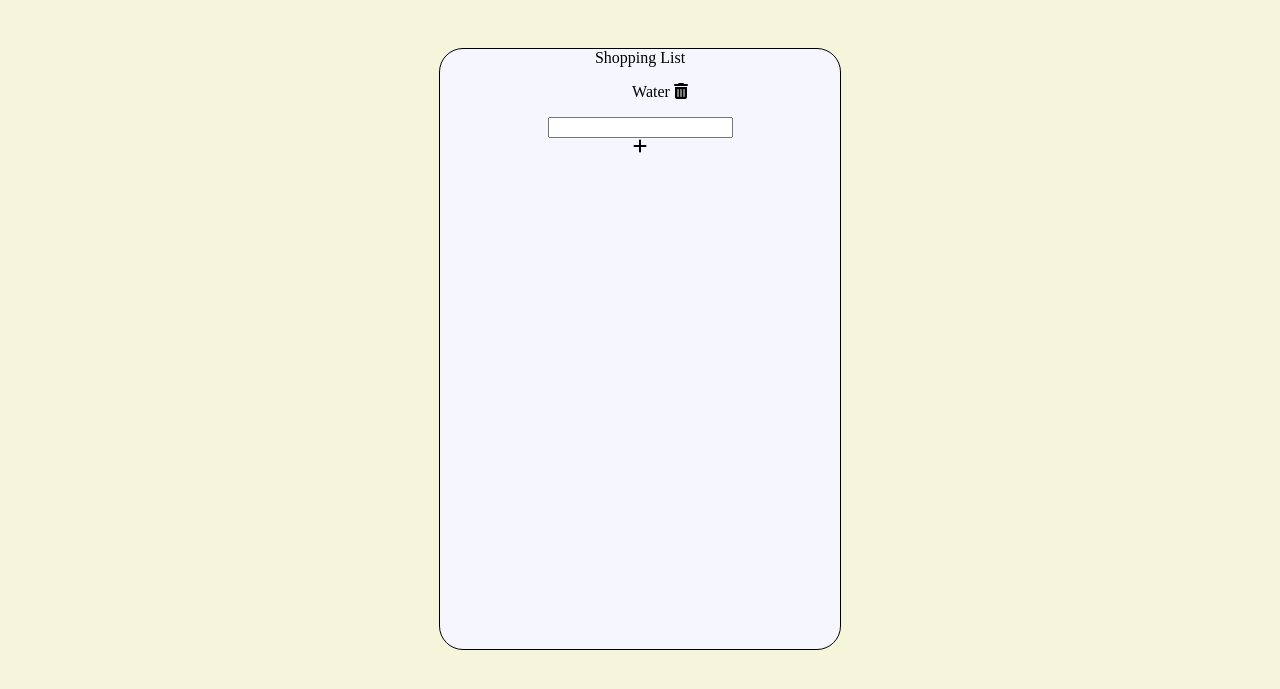
Repository: keehoonjung/Shopping-list
Page: index.html
The author's editor kept a copy of each file at every save. The page is drawn from the files as they stood at one save, then again after the next save.
The browser window is 1280 px wide. The pictures show the whole page.
Some web libraries are served in a nearby version.

Above is the page before, as saved 2021-08-07 17:22:44.

### index.html
<!DOCTYPE html>
<html lang="en">
<head>
    <meta charset="UTF-8">
    <meta http-equiv="X-UA-Compatible" content="IE=edge">
    <meta name="viewport" content="width=device-width, initial-scale=1.0">
    <title>Shopping-list</title>
    <script src="main.js" defer></script>
    <link rel="stylesheet" href="style.css">
    <script src="https://kit.fontawesome.com/a7a8d59961.js" crossorigin="anonymous"></script>
</head>
<body>
    <div class="container">
        <div class="header">
            Shopping List
        </div>
        <section class="main">
            <ul>
                <li>
                    <span> Water </span>
                    <i class="fas fa-trash-alt"></i>
                </li>
            </ul>
        </section>
        <input type="text" class="input_text">
        <div class="footer">
            <i class="fas fa-plus"></i>
        </div>
    </div>
</body>
</html>

### style.css
body {
  background-color: beige;
  text-align: center;
}

li {
  list-style: none;
}

.container {
  margin: auto;
  background-color: rgb(246, 246, 255);
  height: 600px;
  width: 400px;
  border: 1px solid;
  border-radius: 24px;
  transform: translateY(40px);
}

Loaded but not shown: main.js (no stored copy; drawn as an empty file)

After the next save:
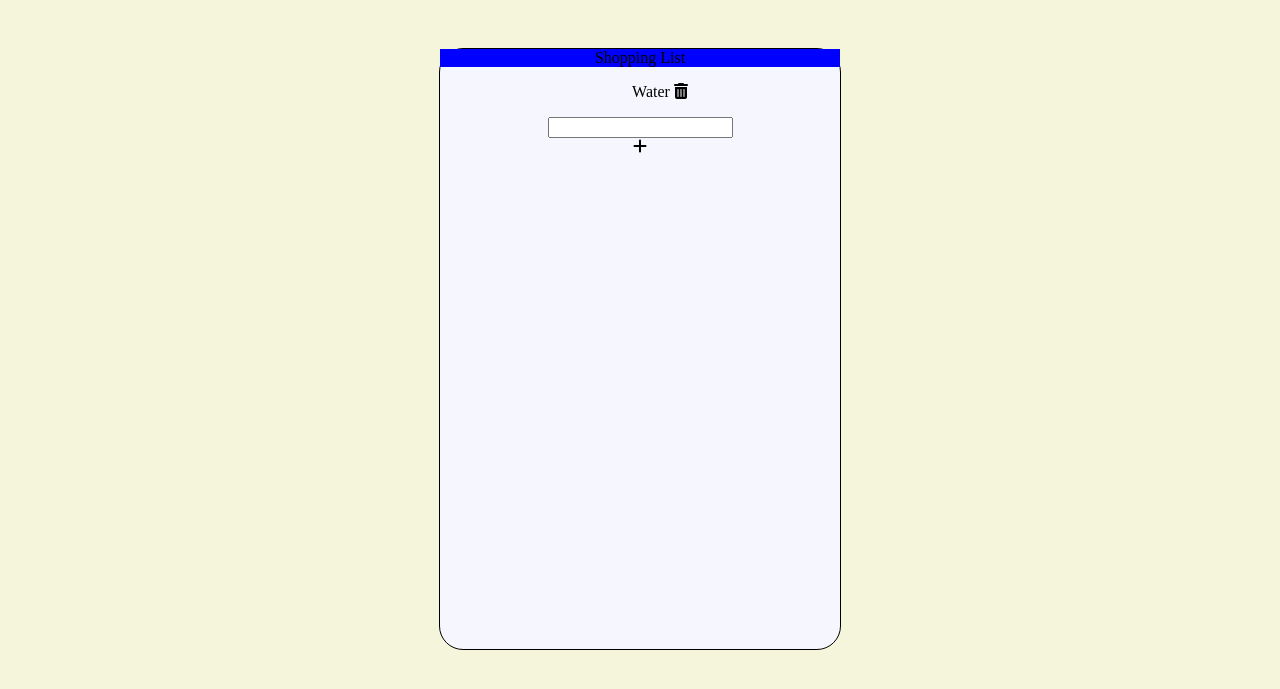
Saved 27 s later.
--- a/style.css
+++ b/style.css
@@ -16,3 +16,7 @@
   border-radius: 24px;
   transform: translateY(40px);
 }
+
+.header {
+  background-color: blue;
+}
